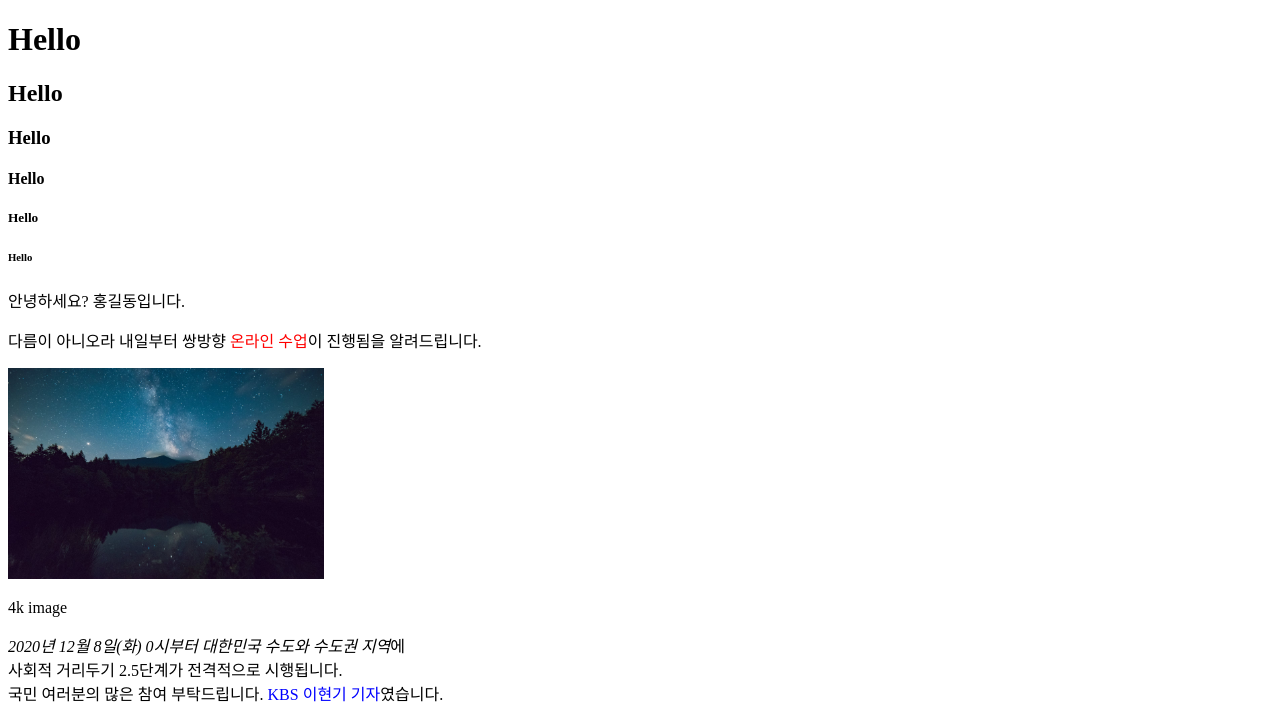
Repository: woneeseo/javastudy
Page: htmlStudy/workspace_html/HelloWorld/WebContent/f.html
An editor plug-in stored every save of this project. The page is shown before and after the next save, followed by the edit.
The browser window is 1280 px wide. The pictures show the whole page.

Above is the page before, as saved 2020-12-07 05:03:07.

### htmlStudy/workspace_html/HelloWorld/WebContent/f.html
<!DOCTYPE html>
<html>
<head>
<meta charset="UTF-8">
<title>Insert title here</title>
</head>
<body>
<!-- 헤더태그 -->
<!-- 블락태그 -> 위/아래 자동 줄바꿈 발생 -->

<h1>Hello</h1>
<!-- h1이 제목으로 많이 쓰임 -->
<h2>Hello</h2>
<h3>Hello</h3>
<!-- 부제목으로 h3이 자주 쓰임 -->
<h4>Hello</h4>
<h5>Hello</h5>
<h6>Hello</h6>


<p>
<!-- 문단을 표기할 때 주로 <p></p>를 씀 (문장이 여러개를 이루어 문단을 이룰 때) -->
	안녕하세요?
	홍길동입니다.
	<!-- <br>태그를 넣어야 줄바꿈이 일어난다. -->
	<!-- 이클립스에서 엔터로 줄바꿔 쓴다고 하더라도 출력은 한줄로 됨 -->
</p>

<p>

	다름이 아니오라
	내일부터 쌍방향 <span style="color: red">온라인 수업</span>이 진행됨을 알려드립니다.
	<!-- <p>태그는 일반적으로 텍스트를 넣어주고 내부에 태그가 들어가는 일이 거의 없으나 -->
	<!-- <span></span> css에서 문장 내에서 특정한 글씨에 효과를 줄 때 사용함 -->
</p>

<div>

	<img style="width: 25%; height: 25%;" alt="4k image" src="test.jpeg"><br>
	<p>4k image</p>
	<!-- div는 태그를 넣어서 쓰기 위해 사용함 / 컨테이너 역할을 함 -->
	<!-- img태그와 p태그를 한 덩어리로 쓰기 위해서 사용함 -->

</div>

<section>
	<article>
	<!-- section / article : 시멘틱 태그 (의미가 있는 태그명) -->
		<i>2020년 12월 8일(화) 0시부터</i> <em>대한민국 수도와 수도권 지역</em>에 <br>
		사회적 거리두기 2.5단계가 전격적으로 시행됩니다. <br>
		국민 여러분의 많은 참여 부탁드립니다. <span style="color: blue">KBS 이현기 기자</span>였습니다.
		<!-- i태그 : 이탤릭체 / -->
	</article>

</section>


</body>
</html>

After the next save:
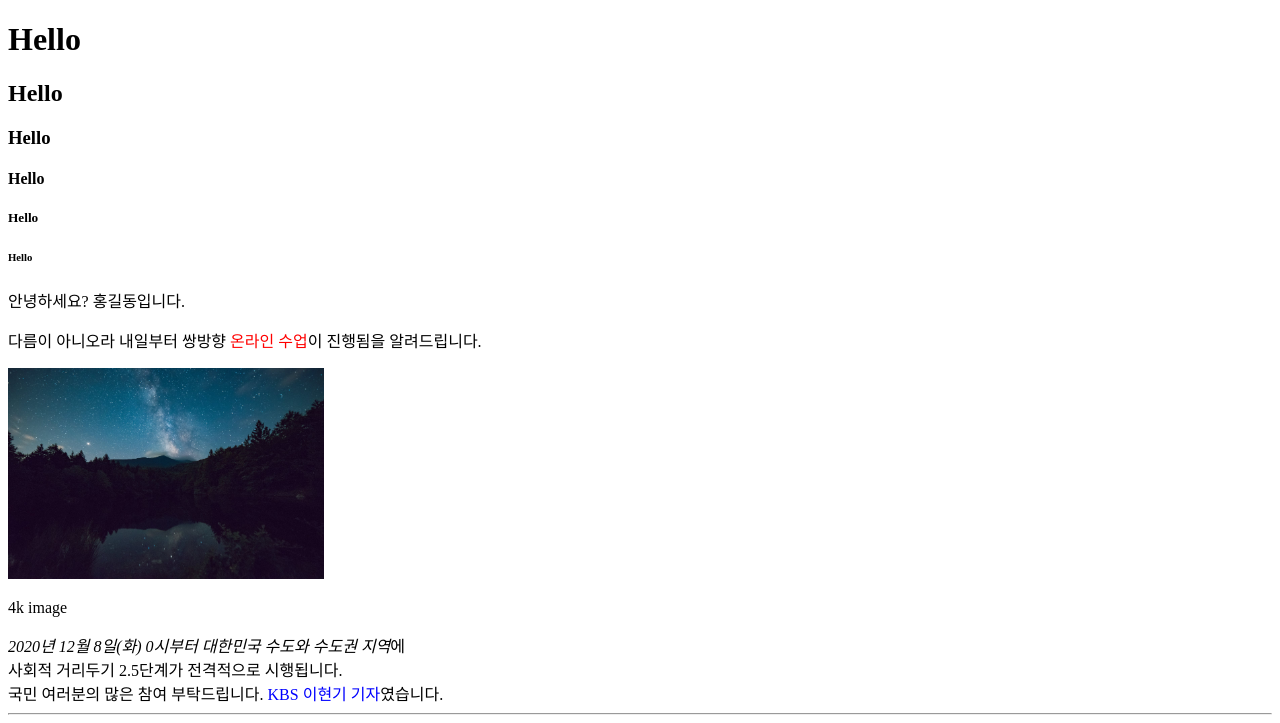
Saved 4 min 39 s later.
--- a/htmlStudy/workspace_html/HelloWorld/WebContent/f.html
+++ b/htmlStudy/workspace_html/HelloWorld/WebContent/f.html
@@ -40,6 +40,7 @@
 	<p>4k image</p>
 	<!-- div는 태그를 넣어서 쓰기 위해 사용함 / 컨테이너 역할을 함 -->
 	<!-- img태그와 p태그를 한 덩어리로 쓰기 위해서 사용함 -->
+	<!-- div는 내부에 어떤 내용이 들어있는지 알 수 없음. 그래서 사용하는것이 section 태그 -->
 
 </div>
 
@@ -49,10 +50,14 @@
 		<i>2020년 12월 8일(화) 0시부터</i> <em>대한민국 수도와 수도권 지역</em>에 <br>
 		사회적 거리두기 2.5단계가 전격적으로 시행됩니다. <br>
 		국민 여러분의 많은 참여 부탁드립니다. <span style="color: blue">KBS 이현기 기자</span>였습니다.
-		<!-- i태그 : 이탤릭체 / -->
+		<!-- i태그 : 이탤릭체 / em태그 : 강조하기 위해서 기울여 쓸 때(기울임체 emphasis) -->
+		<!-- 결과는 똑같지만 em태그는 시각장애인용 시스템에서 강조해서 읽어들여지는 기능을 함 -->
 	</article>
+</section>
 
-</section>
+<hr>
+
+
 
 
 </body>
